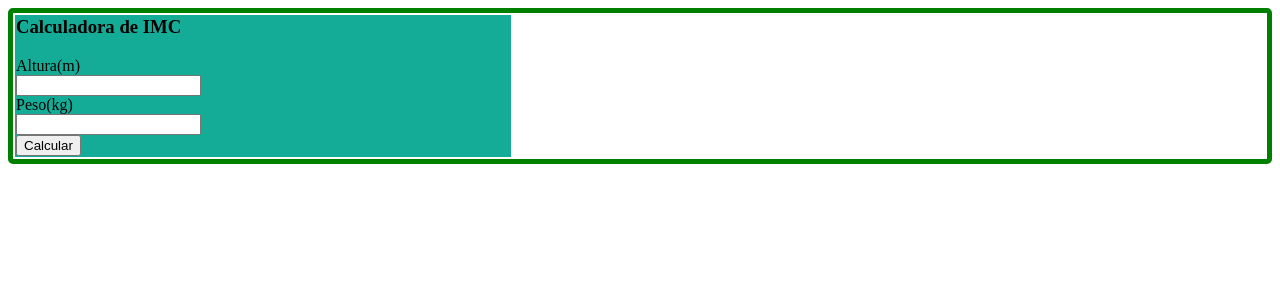
Repository: Patriciamativi/Projetos
Page: index.html
An editor plug-in stored every save of this project. The page is shown before and after the next save, followed by the edit.
The browser window is 1280 px wide. The pictures show the whole page.

Above is the page before, as saved 2022-11-21 14:42:24.

### index.html
<html>
    <head>
        <title>Calculadora de IMC</title>
        <meta charset="utf-8"/>

        <style type="text/css">

            p {
                border: 5px solid green;
                border-radius: 5px;

            }
            td {

                background-color: rgb(20, 172, 151);
            }

        </style>
    </head>
   <p>
<table border="0" width="500">
    <body>
         <tr>
            <td><h3>Calculadora de IMC</h3>
            Altura(m)<br/>
            <input type: "number" > </br>
            Peso(kg)<br/>
            <input type: "number" > </br>
            <input type= "submit" value="Calcular"></td></tr>

    </table>
</p>
</body>
</html>

After the next save:
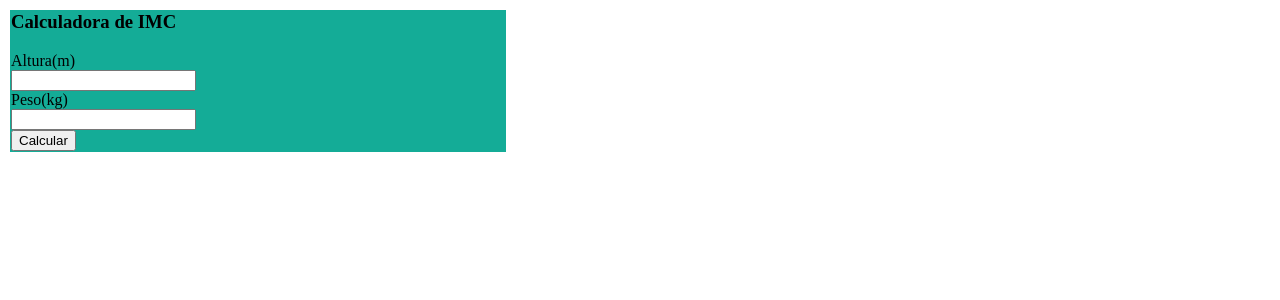
Saved 77 s later.
--- a/index.html
+++ b/index.html
@@ -6,7 +6,7 @@
         <style type="text/css">
 
             p {
-                border: 5px solid green;
+                border: 5px green;
                 border-radius: 5px;
 
             }
